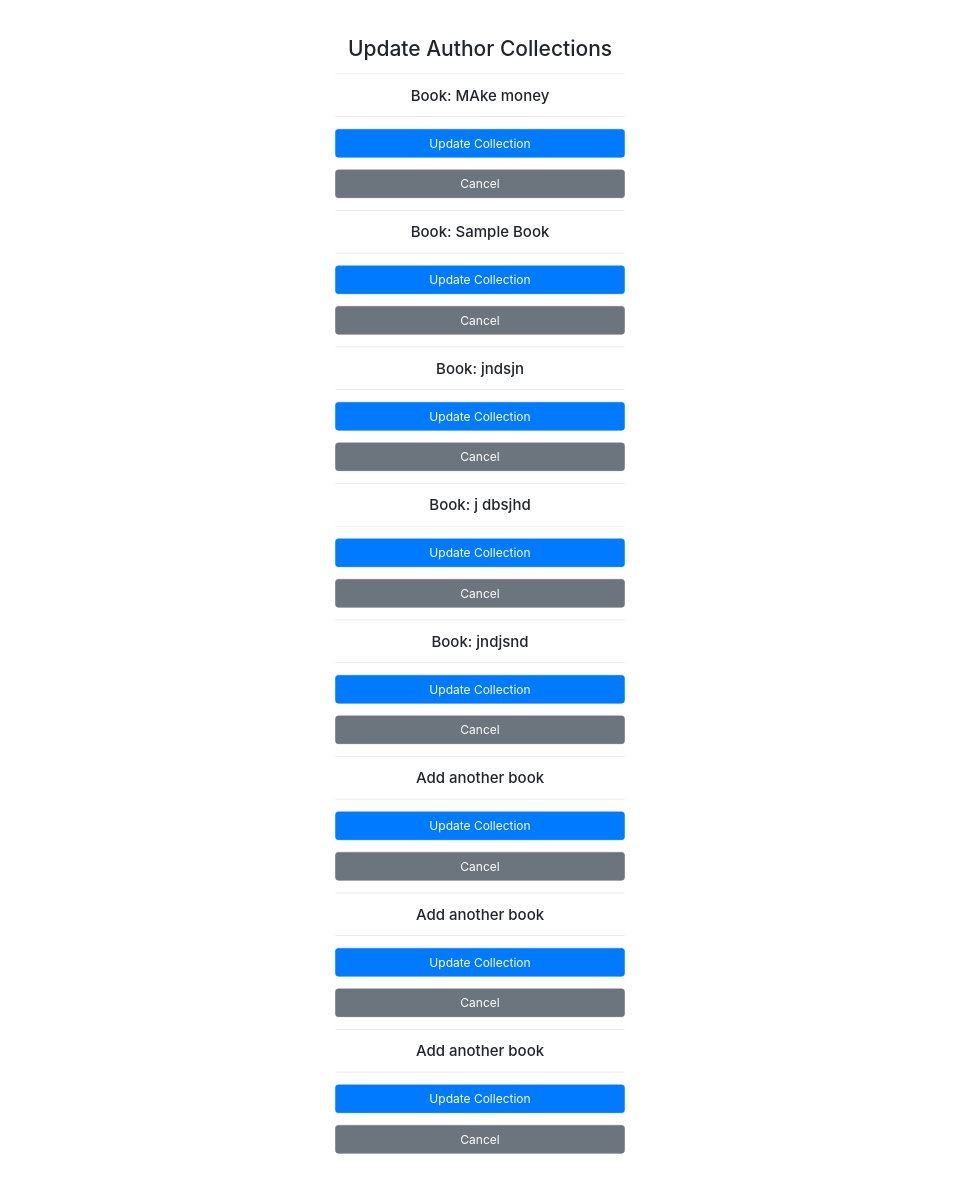
Repository: Temur-Sufiyanov/CBV
Page: http://localhost/author/1/books/edit/
The author's editor kept a copy of each file at every save. The page is drawn from the files as they stood at one save, then again after the next save.
The browser window is 1280 px wide. The pictures show the whole page, at 75% of full size.
The page is served by the project's application, run on Django 5.2 (manage.py). Other server files are loaded and not shown. The page reads the database file committed with the project.

Above is the page before, as saved 2024-12-21 19:52:08.

### new_books/templates/new_books/author_books_edit.html
{% extends 'new_books/base.html' %}

{% block title %}
    Editing books for {{author_b.name}}
{% endblock title %}

{% block content %}
    <form action="" method="post" enctype="multipart/form-data">
        {% csrf_token %}
        <h3 class="text-center">Update Author Collections</h3>

        {% for book_form in form.forms %}
            <hr>
            <h5 class="text-center">
                {% if book_form.instance.id %}
                    Book: {{book_form.instance.name}}
                {% else %}
                    {% if form.forms|length > 1 %}
                        Add another book
                    {% else %}
                        Add a book
                    {% endif %}
                {% endif %}
                <table>
                    {{book_from.as_table}}
                </table>
                <p>
                    <hr>
                    <button type="submit" class="btn btn-primary w-100 mb-3">Update Collection</button>
                    <a href="{{ author_b.get_absolute_url }}" role="button" class="btn btn-secondary w-100">Cancel</a>
                </p>
            </h5>
        {% endfor %}
    </form>
{% endblock content %}

### new_books/templates/new_books/base.html
<!DOCTYPE html>
<html lang="en">
<head>
    <meta charset="UTF-8">
    <meta name="viewport" content="width=device-width, initial-scale=1.0">
    <link rel="stylesheet" href="https://stackpath.bootstrapcdn.com/bootstrap/4.5.2/css/bootstrap.min.css">
    <title>{% block title %} Home {% endblock title %}</title>
</head>
<body>
    <main>
        <div class="container-fluid">
            <div class="d-flex align-items-center py-5">
                <div class="col-12 col-md-6 col-lg-4 mx-auto">
                    {% block content %}

                    {% endblock content %}
                </div>
            </div>
        </div>
    </main>
</body>
</html>

### new_books/models.py
from django.db import models
from django.urls import reverse
# Create your models here.

class Author(models.Model):
    name = models.CharField(null=False, blank=False, max_length=255)#

    def get_absolute_url(self):
        return reverse('books:author_detail', kwargs={'pk': self.pk})

    def __str__(self):
        return self.name


class Book(models.Model):
    name = models.CharField(null=False, blank=False, max_length=255)
    author = models.ForeignKey('Author', null=False, blank=False, on_delete=models.CASCADE, related_name='book_author')


    def __str__(self):
        return self.name

### new_books/views.py
from django.shortcuts import render, HttpResponseRedirect
from django.urls import reverse
from django.views.generic import (TemplateView, ListView, CreateView, DetailView, FormView)
from .models import Author
from django.contrib import messages
from django.views.generic.detail import SingleObjectMixin
from .forms import AuthorBooksFormset


class HomeView(TemplateView):
    template_name = 'new_books/home.html'


class AuthorView(ListView):
    model = Author
    template_name = 'new_books/author_list.html'
    context_object_name = 'authors'


class AuthorDetailView(DetailView):
    model = Author
    template_name = 'new_books/author_detail.html'
    context_object_name = 'auth'


class AuthorCreateview(CreateView):
    model = Author
    template_name = 'new_books/author_create.html'
    fields = ['name',]


    def form_valid(self, form):

        messages.add_message(
            self.request,
            messages.SUCCESS,
            'The Author has been created'
        )

        return super().form_valid(form)

class AuthorBooksEdit(SingleObjectMixin, FormView):

    model = Author
    template_name = 'new_books/author_books_edit.html'
    context_object_name = 'author_b'

    def get(self, request, *args, **kwargs):
        self.object = self.get_object(queryset=Author.objects.all())
        return super().get(request, *args, **kwargs)

    def post(self, request, *args, **kwargs):
        self.object = self.get_object(queryset=Author.objects.all())
        return super().get(request, *args, **kwargs)

    def get_form(self, form_class = None):

        return AuthorBooksFormset(**self.get_form_kwargs(), instance = self.object)

    def form_valid(self, form):
        form.save()

        messages.add_message(
            self.request,
            messages.SUCCESS,
            'Changes were saved!'
        )

        return HttpResponseRedirect(self.get_success_url())

    def get_success_url(self):
        return reverse('books:author_detail')

### core/urls.py
"""
URL configuration for core project.

The `urlpatterns` list routes URLs to views. For more information please see:
    https://docs.djangoproject.com/en/5.1/topics/http/urls/
Examples:
Function views
    1. Add an import:  from my_app import views
    2. Add a URL to urlpatterns:  path('', views.home, name='home')
Class-based views
    1. Add an import:  from other_app.views import Home
    2. Add a URL to urlpatterns:  path('', Home.as_view(), name='home')
Including another URLconf
    1. Import the include() function: from django.urls import include, path
    2. Add a URL to urlpatterns:  path('blog/', include('blog.urls'))
"""
from django.contrib import admin
from django.urls import path, include

urlpatterns = [
    path('admin/', admin.site.urls),
    # path('', include('cbv.urls')),
    path('',include('new_books.urls', namespace='books' )),
]

### new_books/urls.py
from django.urls import path
from .views import (HomeView, AuthorView, AuthorCreateview, AuthorDetailView, AuthorBooksEdit)

app_name = 'books'

urlpatterns = [
    path('', HomeView.as_view(), name='home'),
    path('author/', AuthorView.as_view(), name='authors'),
    path('author/add/', AuthorCreateview.as_view(), name='add-author'),
    path('author/<int:pk>/', AuthorDetailView.as_view(), name='author_detail'),
    path('author/<int:pk>/books/edit/', AuthorBooksEdit.as_view(), name='author_books_edit'),
]

### db.sqlite3 (the tables this page reads, as SQL)
CREATE TABLE "new_books_author" ("id" integer NOT NULL PRIMARY KEY AUTOINCREMENT, "name" varchar(255) NOT NULL);
INSERT INTO "new_books_author" VALUES
(1, 'Temur Sufiyanov'),
(2, 'Farrukh Abdurakmonov'),
(3, 'Feruz Juraev'),
(4, 'Headphones'),
(5, 'Feruz'),
(6, 'Feruz!'),
(7, 'Artur');

CREATE TABLE "new_books_book" ("id" integer NOT NULL PRIMARY KEY AUTOINCREMENT, "name" varchar(255) NOT NULL, "author_id" bigint NOT NULL REFERENCES "new_books_author" ("id") DEFERRABLE INITIALLY DEFERRED);
INSERT INTO "new_books_book" VALUES
(1, 'Success', 3),
(2, 'MAke money', 1),
(3, 'Sample Book', 1),
(4, 'jndsjn', 1),
(5, 'j dbsjhd', 1),
(6, 'jndjsnd', 1);

After the next save:
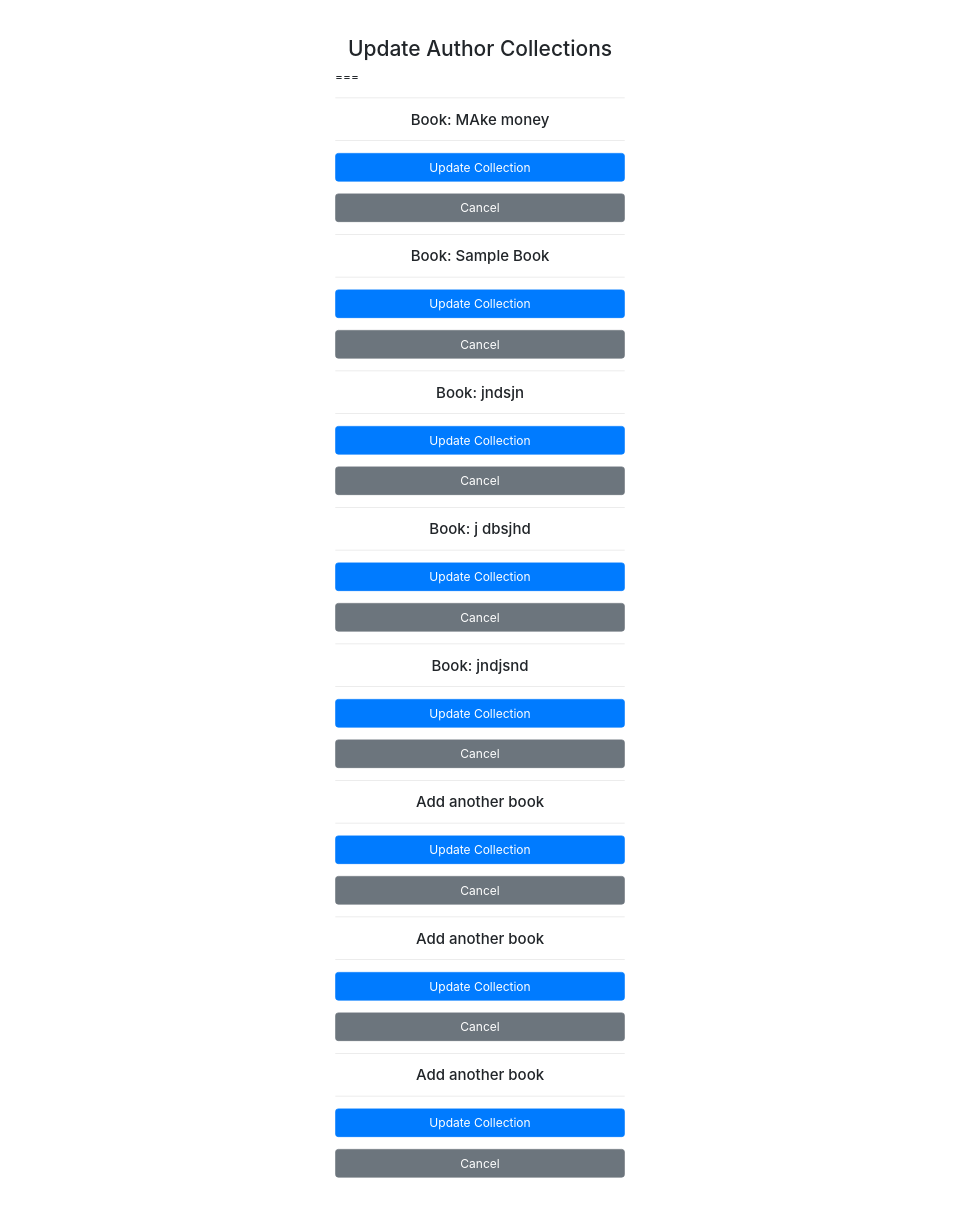
Saved 6 min 28 s later.
--- a/new_books/templates/new_books/author_books_edit.html
+++ b/new_books/templates/new_books/author_books_edit.html
@@ -8,7 +8,7 @@
     <form action="" method="post" enctype="multipart/form-data">
         {% csrf_token %}
         <h3 class="text-center">Update Author Collections</h3>
-
+        ===
         {% for book_form in form.forms %}
             <hr>
             <h5 class="text-center">

After the 3 saves that followed:
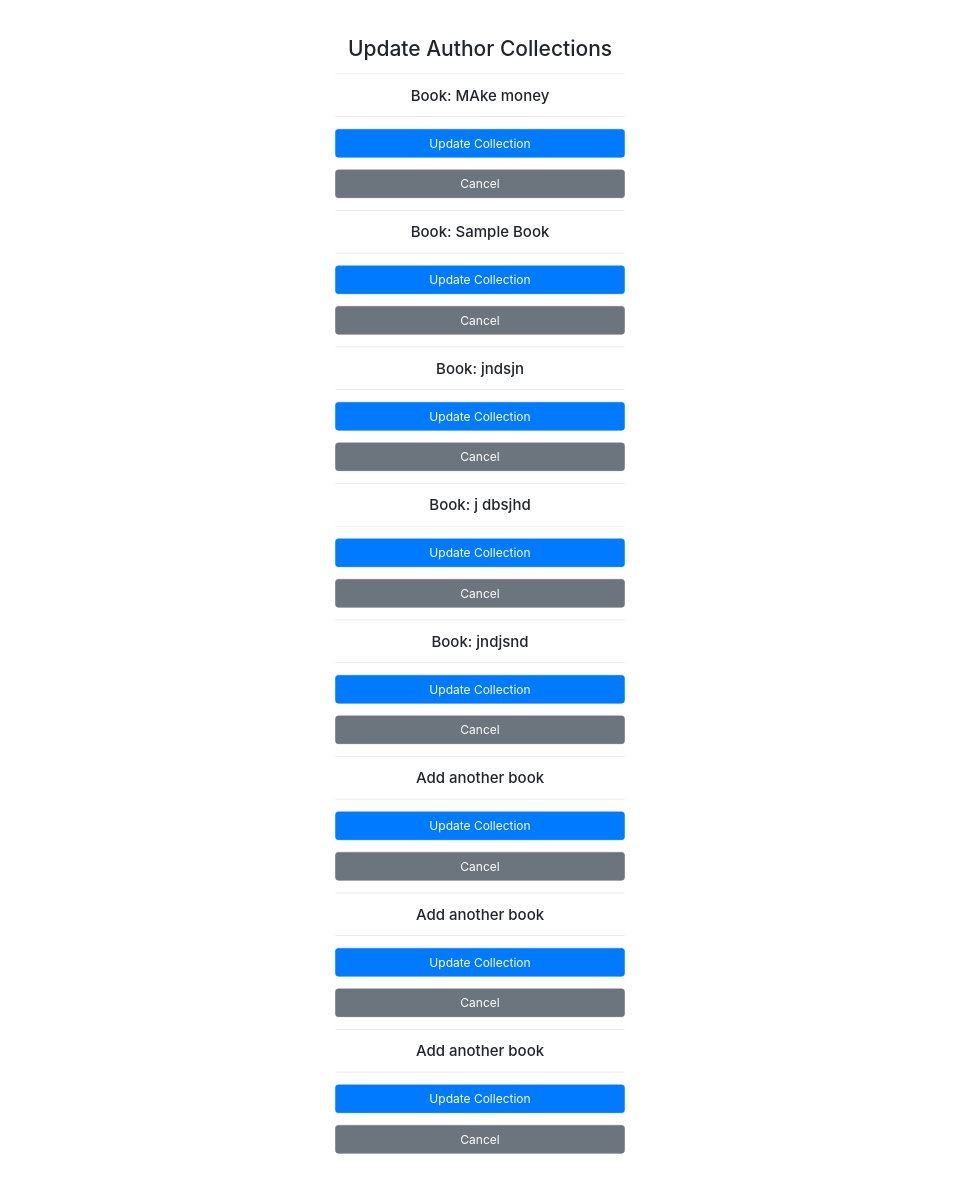
The 3 saves are shown as one change because they came seconds apart.
The last was saved 8 s later.
--- a/new_books/templates/new_books/author_books_edit.html
+++ b/new_books/templates/new_books/author_books_edit.html
@@ -8,7 +8,7 @@
     <form action="" method="post" enctype="multipart/form-data">
         {% csrf_token %}
         <h3 class="text-center">Update Author Collections</h3>
-        ===
+
         {% for book_form in form.forms %}
             <hr>
             <h5 class="text-center">
